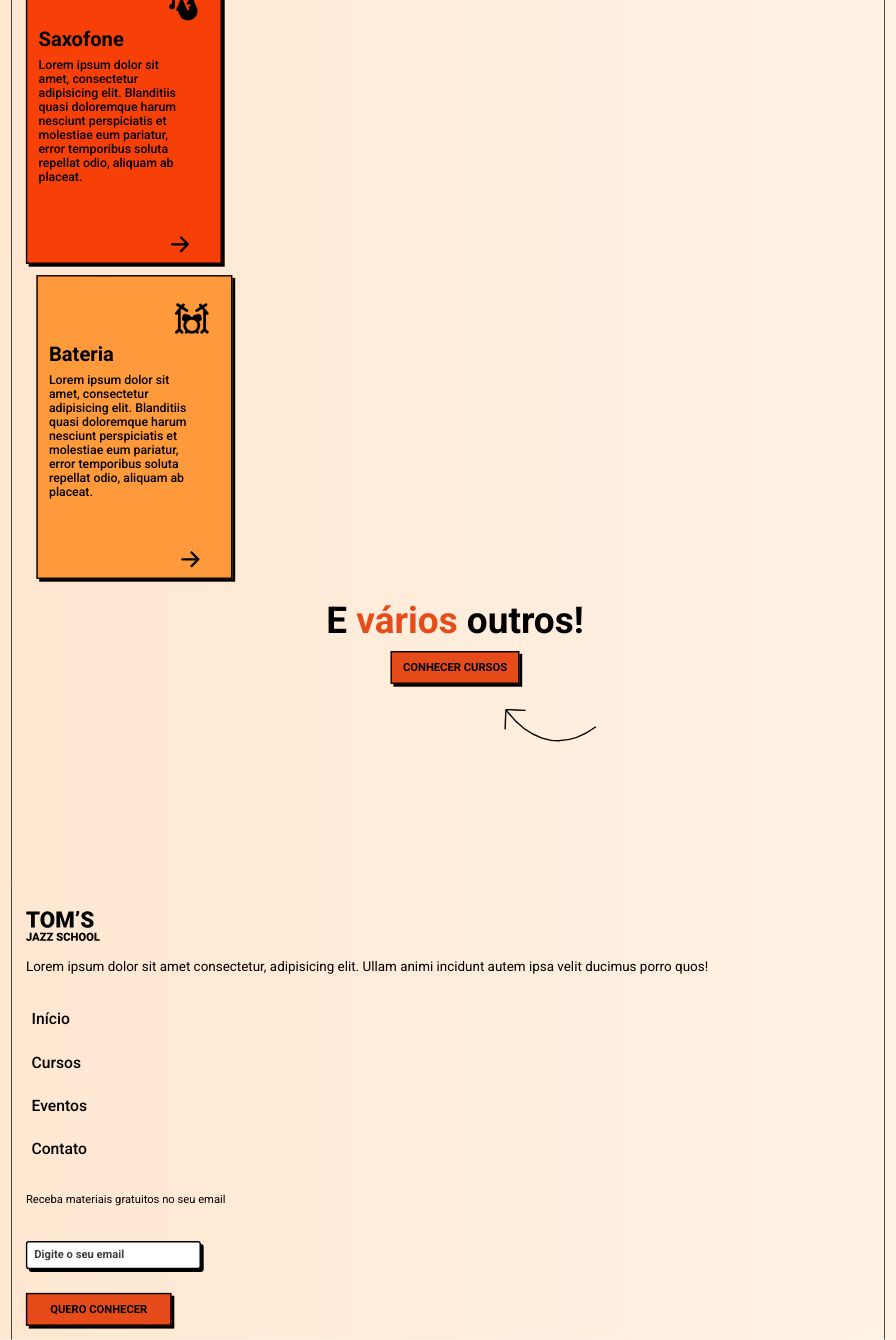
Repository: guilhermecardoso93/obebitecode
Page: index.html
These files come from the project's save history. The page is drawn as it stood at one moment and after the next save; the edit follows.
The browser window is 1280 px wide. The pictures show the part of the page from y = 2450 to 4370 px (the page is 4364 px tall before and 4370 px after), at 70% of full size.

Above is the page before, as saved 2023-08-16 20:51:10.

### index.html
<!DOCTYPE html>
<html lang="pt-BR">
  <head>
    <meta charset="UTF-8" />
    <meta name="viewport" content="width=device-width, initial-scale=1.0" />
    <link rel="preconnect" href="https://fonts.googleapis.com" />
    <link rel="preconnect" href="https://fonts.gstatic.com" crossorigin />
    <link
      href="https://fonts.googleapis.com/css2?family=Roboto:wght@400;500;700&display=swap"
      rel="stylesheet" />
    <link rel="stylesheet" href="css/style.css" />
    <title>Tom's Jazz School</title>
  </head>
  <body>
    <header>
      <img src="./assets/logo.svg" alt="Logo da Tom's Jazz School" />
      <nav class="mt-1 mx-auto">
        <a href="/"><span>Início</span></a>
        <a href="/"><span>Cursos</span></a>
        <a href="/"><span>Eventos</span></a>
        <a href="/"><span>Contato</span></a>
      </nav>
      <a href="/" class="subscribeButton subscribeButton mt-1 mx-auto mb-1">Se Inscreva</a>
    </header>

    <main>
      <section class="hero-section">
        <img src="./assets/hero-img.svg" alt="Banda de Jazz Tocando" />
        <div>
          <h1 class="mt-2">
            Crie algo <span class="text-primary decoration">impactante</span> com música
          </h1>
          <p class="mt-2 mb-2"></p>
            Lorem ipsum dolor sit amet, consectetur adipisicing elit. Blanditiis
            quasi doloremque harum nesciunt perspiciatis et molestiae eum
            pariatur, error temporibus soluta repellat odio, aliquam ab placeat.
          </p>
          <a href="/" class="subscribeButton mt-1 mx-auto">Comece Agora</a>
        </div>
      </section>
      <section class="hero-section">
        <div class="cards">
          <article class="card">
            <img src="./assets/piano.png" alt="ícone de tecla de piano" />
            <h3>Piano Popular</h3>
            <p>
              Lorem ipsum dolor sit amet, consectetur adipisicing elit.
              Blanditiis quasi doloremque harum nesciunt perspiciatis et
              molestiae eum pariatur, error temporibus soluta repellat odio,
              aliquam ab placeat.
            </p>
            <a href="#">
              <img
                src="./assets/arrow-right.svg"
                alt="svg de seta para direita" />
            </a>
          </article>
          <article class="card">
            <img src="./assets/clef.png" alt="Icone de clave de sol" />
            <h3>Teoria Musical</h3>
            <p>
              Lorem ipsum dolor sit amet, consectetur adipisicing elit.
              Blanditiis quasi doloremque harum nesciunt perspiciatis et
              molestiae eum pariatur, error temporibus soluta repellat odio,
              aliquam ab placeat.
            </p>
            <a href="#">
              <img
                src="./assets/arrow-right.svg"
                alt="svg de seta para direita" />
            </a>
          </article>
          <article class="card">
            <img src="./assets/sax.png" alt="Icone de saxofone" />
            <h3>Saxofone</h3>
            <p>
              Lorem ipsum dolor sit amet, consectetur adipisicing elit.
              Blanditiis quasi doloremque harum nesciunt perspiciatis et
              molestiae eum pariatur, error temporibus soluta repellat odio,
              aliquam ab placeat.
            </p>
            <a href="#">
              <img
                src="./assets/arrow-right.svg"
                alt="svg de seta para direita" />
            </a>
          </article>
          <article class="card">
            <img src="./assets/drums.png" alt="Ícone de bateria" />
            <h3>Bateria</h3>
            <p>
              Lorem ipsum dolor sit amet, consectetur adipisicing elit.
              Blanditiis quasi doloremque harum nesciunt perspiciatis et
              molestiae eum pariatur, error temporibus soluta repellat odio,
              aliquam ab placeat.
            </p>
            <a href="#">
              <img
                src="./assets/arrow-right.svg"
                alt="svg de seta para direita" />
            </a>
          </article>
        </div>
        <div class="rodape-article">
          <h1 class=> E <span>vários</span> outros!</h1>
          <a href="/" class="subscribeButton btn-courses">conhecer cursos</a>
        </div>
      </section>
    </main>
    <footer id="contato">
      <div>
        <img src="./assets/logo.svg" alt="Banda de Jazz Tocando" class="mt-1"/>
        <p>Lorem ipsum dolor sit amet consectetur, adipisicing elit. Ullam animi incidunt autem ipsa velit ducimus porro quos!</p>
      </div>
        <nav class="footer-menu">
            <a href="#inicio">Início</a>
            <a href="#cursos">Cursos</a>
            <a href="#eventos">Eventos</a>
            <a href="#contato">Contato</a>
          </nav>
            <label for="email" class="mb-1">Receba materiais gratuitos no seu email</label>
            <input type="email" placeholder="Digite o seu email">
            <a href="/" class="subscribeButton btn-footer">quero conhecer</a>
    </footer>
  </body>
</html>

### css/style.css
@import url("./basics.css");
@import url("./header.css");
@import url("./main.css");
@import url("./footer.css");

### css/basics.css
* {
  margin: 0;
  padding: 0;
  box-sizing: border-box;
  font-family: "Roboto", sans-serif;
}

:root {
  --color-primary: #ed4d1b;
  --color-secondary: #ff9a3c;
  --color-black: #000;
  --color-white: #fff;
}

body {
  background: linear-gradient(90deg, #ffe7d1 0%, #fff2e6 100%);
  padding: 0 1rem;
}

body,
html {
  overflow-x: hidden !important;
}

a {
  text-decoration: none;
  cursor: pointer;
}

.mt-1 {
  margin-top: 1rem;
}

.mt-2 {
  margin-top: 2rem;
}

.mb-1 {
  margin-bottom: 1rem;
}

.mb-2 {
  margin-bottom: 2rem;
}

.mx-auto {
  margin-left: auto;
  margin-right: auto;
}

.text-primary {
  color: var(--color-primary);
}

.text-center {
  text-align: center;
}

header,
.hero-section,
.courses-section,
footer {
  border-color: --color-black;
  border-style: solid;
  border-width: 0 1px;
  padding: 20px;
}

.subscribeButton {
  border: 2px solid #000;
  box-shadow: 4px 4px 0 #000;
  font-weight: 600;
  display: block;
  background: #e64b1a;
  text-transform: uppercase;
  font-size: 1.25rem;
  padding: 0.75rem 1rem;
  max-width: 17rem;
  position: relative;
  color: var(--color-black);
  text-align: center;
}

.subscribeButton:hover {
  border: 2px solid #e64b1a;
  box-shadow: 4px 4px 0 #e64b1a;
  font-weight: 600;
  display: block;
  color: #e64b1a;
  text-transform: uppercase;
  font-size: 1.25rem;
  padding: 0.75rem 1rem;
  max-width: 17rem;
  position: relative;
  background: var(--color-black);
  text-align: center;
}

span {
  margin: 0;
}

### css/header.css
header img {
  display: block;
  margin: 1rem auto;
}

header nav {
  display: grid;
  grid-template-columns: 1fr 1fr;
  margin-bottom: 1rem;
}

nav a {
  color: var(--color-black);
  font-size: 1.25rem;
  padding: 0.5rem;
  text-decoration: none;
  text-weight: bold;
}

nav a span:hover {
  border-bottom: 3px solid #000;
}

header nav a:nth-child(2n-1) {
  text-align: right;
}

### css/main.css
.hero-section {
  padding-right: 0;
  padding-bottom: 16rem;
}

.hero-section img {
  display: block;
  margin: 1.25rem 0 0 auto;
  max-width: 100%;
}

h1 {
  font-size: 3.3rem;
  line-height: 105%;
  font-weight: 700;
}

h2 {
  font-size: 2.5rem;
}

.hero-section p {
  font-size: 1.25rem;
  padding-right: 1.25rem;
}

.hero-section .subscribeButton {
  position: relative;
}

.hero-section .subscribeButton::after {
  content: "";
  background: url("../assets/arrow-curve.svg") no-repeat;
  display: block;
  content: "";
  width: 100%;
  height: 50px;
  position: absolute;
  top: 5rem;
  left: 10rem;
}

.decoration {
  display: block;
  color: #e64b1a;
  position: relative;
}

.decoration::after {
  content: "";
  background: url("../assets/three-dashes.svg");
  position: absolute;
  top: -1rem;
  height: 36px;
  width: 40px;
}

.courses-section {
  display: grid;
  justify-content: center;
  gap: 20px;
  margin-top: -5rem;
  border-top: none;
}

.card {
  background: #f73f08;
  display: grid;
  justify-content: center;
  align-items: center;
  padding: 1rem 2rem 0 1rem;
  margin-bottom: 1rem;
  max-width: 17.5rem;
  gap: 10px;
  box-shadow: 4px 4px 0 #000;
  border: 2px solid #000;

}


.card h3 {
  font-size: 1.8rem;
  font-weight: 600;
}

.card p {
  font-size: 1.1rem;
  font-weight: 500;
  margin-bottom: 30px;
}

.card a {
  margin-left: 11rem;
}

.card:nth-child(2n) {
  margin-left: 0.935rem;
  background: #ff9a3c;
}



.rodape-article {
  display: flex;
  flex-direction: column;
  align-items: center;
  gap: 15px;
  font-weight: 900;
  font-size: 2.5rem;
  margin: 2rem 0;
}

.rodape-article span {
  color: #e64b1a;
}

.btn-courses{
    max-width: 13rem;
    font-size: 1rem;
}

.btn-courses:hover {
  max-width: 13rem;
  font-size: 1rem;
}

### css/footer.css
footer {
  display: grid;
  gap: 10px;
}
footer h1 {
  font-size: 1.5rem;
  text-transform: uppercase;
  font-weight: 900;
}

footer span {
  font-size: 3rem;
}

footer p {
  margin-top: 20px;
  font-size: 1.2rem;
}

.footer-menu {
  display: flex;
  flex-direction: column;
  gap: 20px;
  margin: 2rem 0;
}

.footer-menu a {
  font-size: 1.4rem;
  font-weight: 500;
}
footer h4 {
  font-size: 1.6rem;
  line-height: 1;
}
footer input {
  border-radius: 4px;
  padding: 0 10px;
  margin: 1.5rem 0;
  width: 250px;
  height: 40px;
  border: 2px solid #000;
  box-shadow: 4px 4px 0 #000;
}
footer input::placeholder {
  color: #414040;
  font-size: 1rem;
  font-weight: 900;
}

.btn-footer {
  font-size: 1rem;
  max-width: 13rem;
}

.btn-footer:hover {
  font-size: 1rem;
  max-width: 13rem;
}

After the next save:
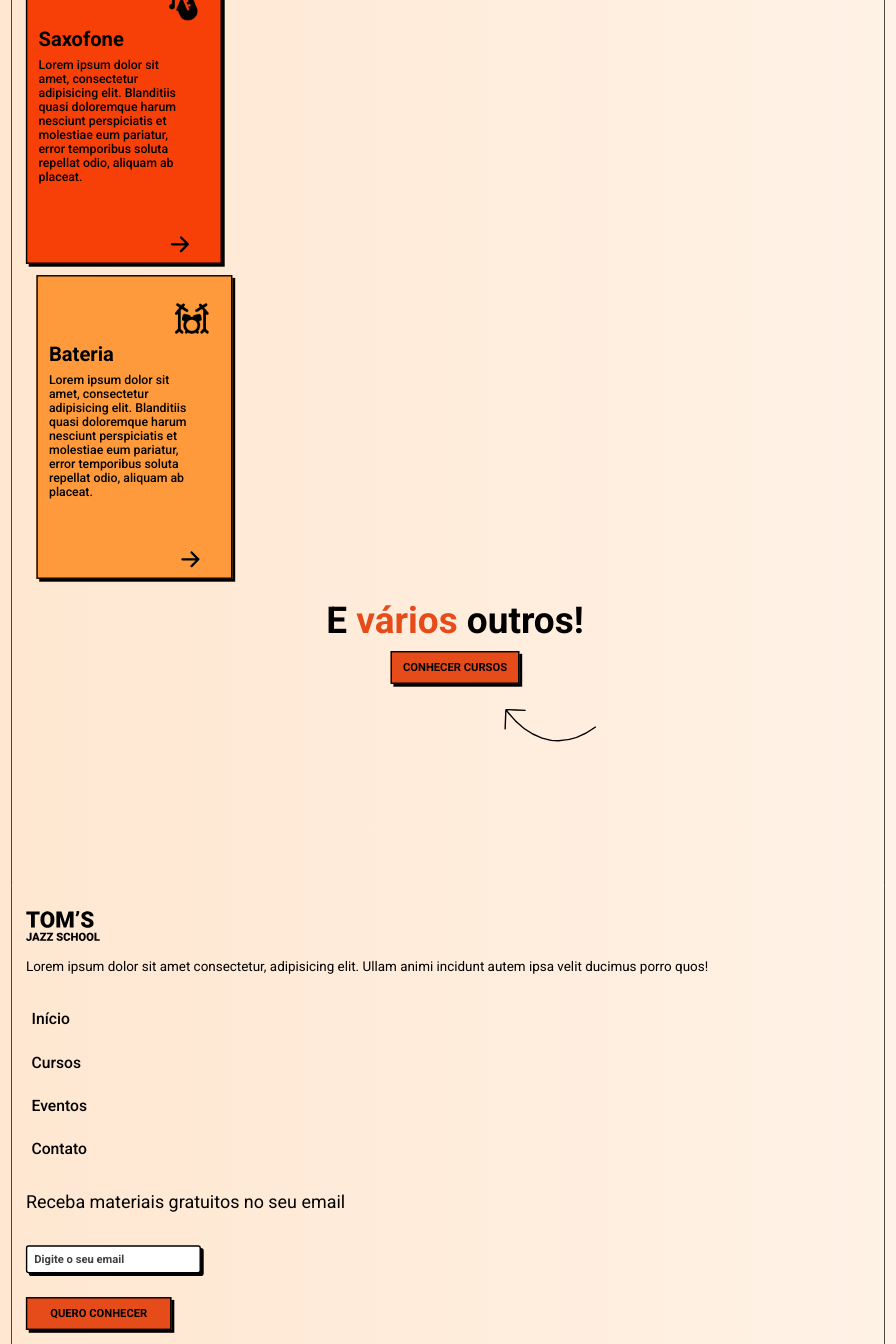
Saved 17 s later.
--- a/css/footer.css
+++ b/css/footer.css
@@ -28,7 +28,8 @@ footer p {
   font-size: 1.4rem;
   font-weight: 500;
 }
-footer h4 {
+
+footer label{
   font-size: 1.6rem;
   line-height: 1;
 }
